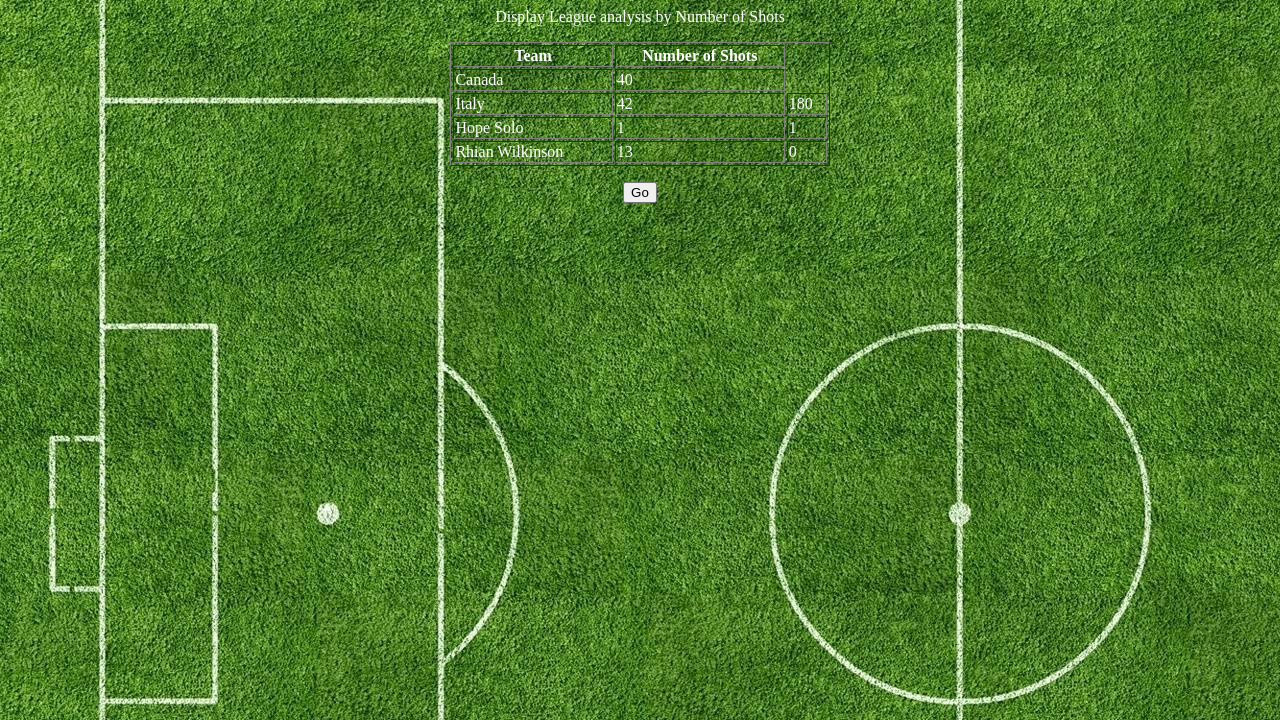
Repository: FredGlozman/SwiftScore
Page: SwiftScore/LeagueAnalysisMode.html
The author's editor kept a copy of each file at every save. The page is drawn from the files as they stood at one save, then again after a run of saves.
The browser window is 1280 px wide. The pictures show the whole page.

Above is the page before, as saved 2015-12-02 18:58:28.

### SwiftScore/LeagueAnalysisMode.html
<html>
<style>
p, font, th, td {
	color: white;
}
</style>
<head>
<title>Swift Score</title>
</head>
<body background="soccer.jpg">
<center>
		<p>
			<font>Display League analysis by Number of Shots</font>
		</p>
		<p>
		<table style="width: 30%" border="1">
			<tr>
				<font><th>Team</th>
					<th>Number of Shots</th></font>
			</tr>
			<tr>
				<font><td>Canada</td>
					<td>40</td>
			</tr>
			<tr>
				<font><td>Italy</td>
					<td>42</td>
					<td>180</td></font>
			</tr>
			<tr>
				<font><td>Hope Solo</td>
					<td>1</td>
					<td>1</td></font>
			</tr>
			<tr>
				<font><td>Rhian Wilkinson</td>
					<td>13</td>
					<td>0</td></font>
			</tr>
		</table>

		</p>
		<input type="submit" value="Go">
	</center>
</body>
</html>

After the next 2 saves:
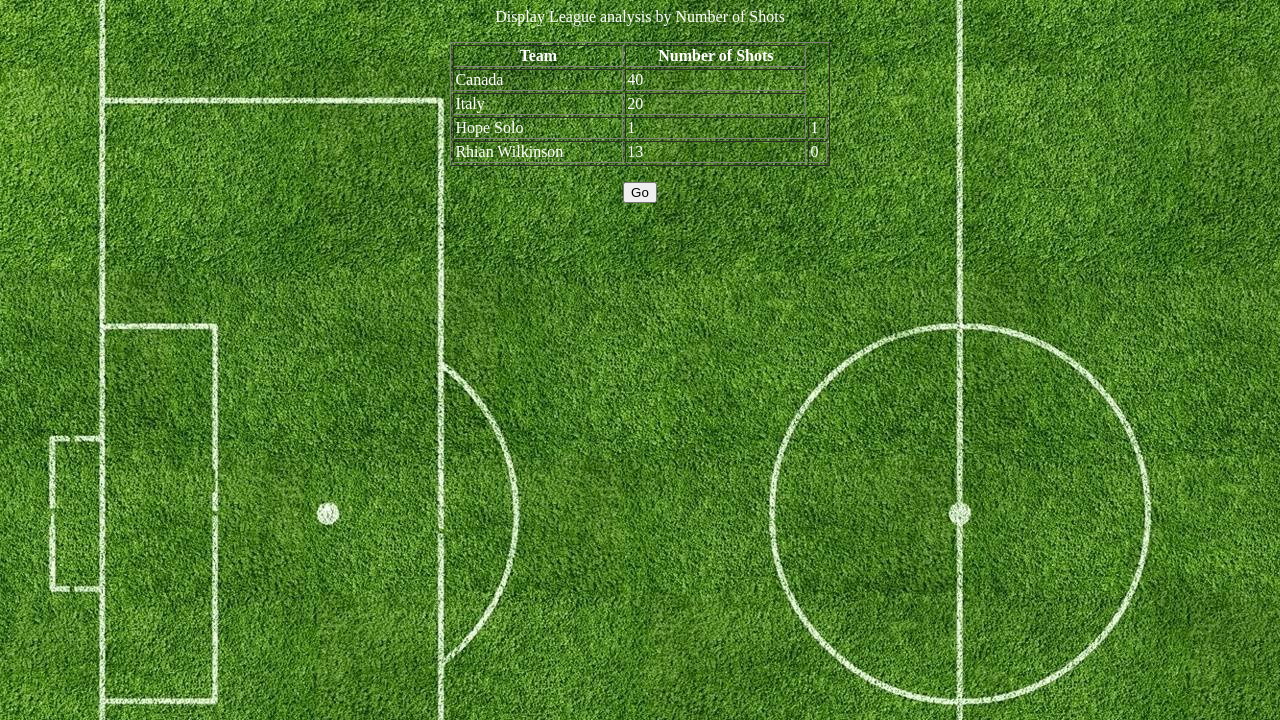
The 2 saves are shown as one change because they came seconds apart.
The last was saved 15 s later.
--- a/SwiftScore/LeagueAnalysisMode.html
+++ b/SwiftScore/LeagueAnalysisMode.html
@@ -20,12 +20,11 @@ p, font, th, td {
 			</tr>
 			<tr>
 				<font><td>Canada</td>
-					<td>40</td>
+					<td>40</td></font>
 			</tr>
 			<tr>
 				<font><td>Italy</td>
-					<td>42</td>
-					<td>180</td></font>
+					<td>20</td></font>
 			</tr>
 			<tr>
 				<font><td>Hope Solo</td>
